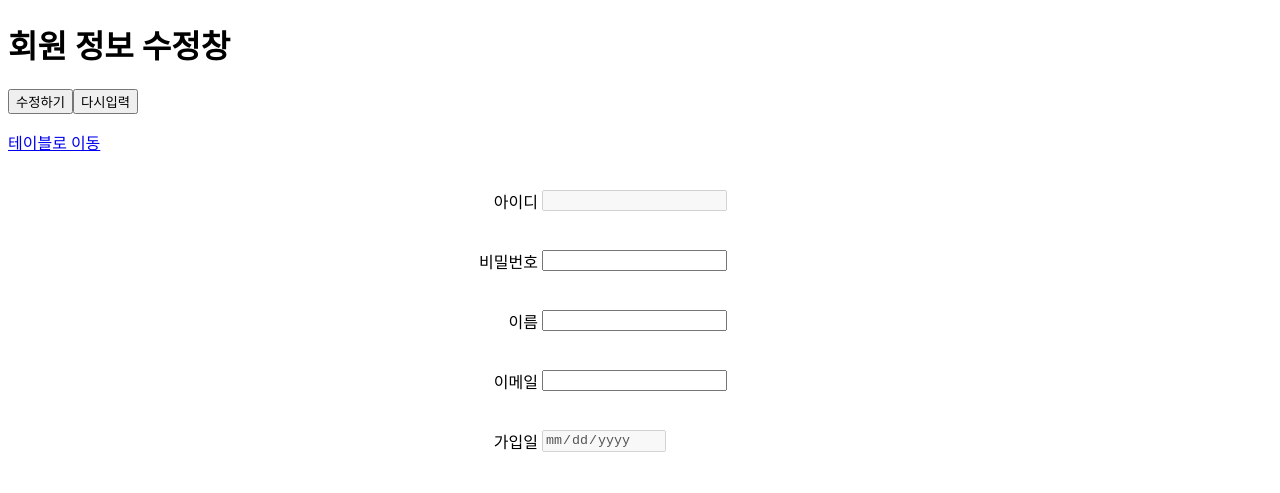
Repository: AhnHyeongSu/GreenComputer
Page: http://localhost/pro17/test03/modMemberForm.jsp
An editor plug-in stored every save of this project. The page is shown before and after the next save, followed by the edit.
The browser window is 1280 px wide. The pictures show the whole page.
The page is served by Tomcat 9.

Above is the page before, as saved 2022-08-08 03:15:38.

After the next save:
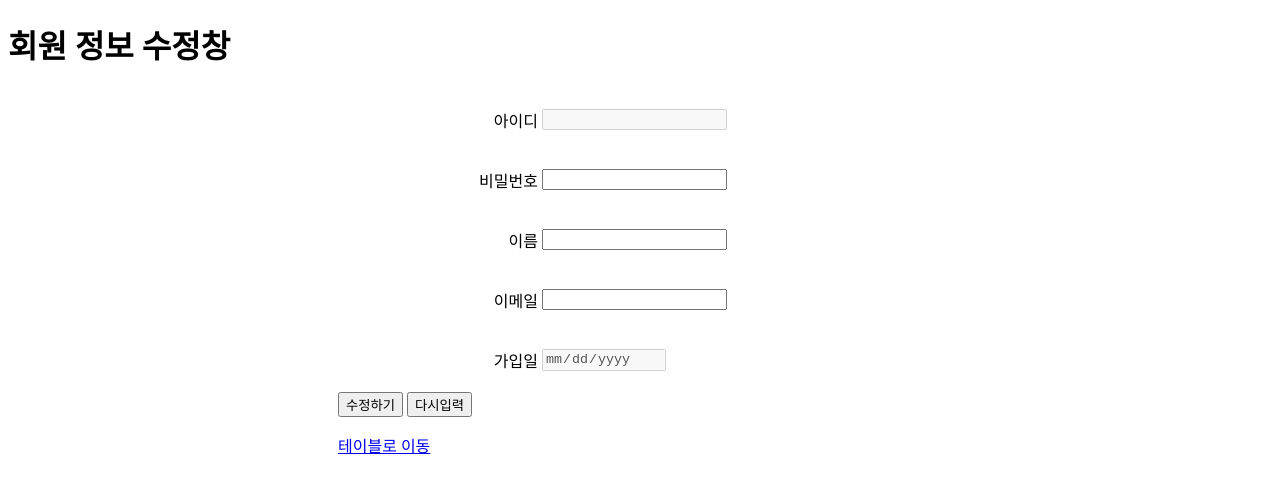
Saved 58 s later.
--- a/04.DB&SQL&JSP/교육/JSP/pro17/src/main/webapp/test03/modMemberForm.jsp
+++ b/04.DB&SQL&JSP/교육/JSP/pro17/src/main/webapp/test03/modMemberForm.jsp
@@ -46,9 +46,10 @@
 		</td>
 		<td width="400"><input type="date" name="joinDate" value="${memInfo.joinDate}" disabled></td>
 	</tr>
+	<tr><td>
 	<input type="submit" value="수정하기">
 	<input type="reset" value="다시입력">
-	<a href="${contextPath}/member2/membersList.do"><p>테이블로 이동</p></a>
+	<a href="${contextPath}/member2/membersList.do"><p>테이블로 이동</p></a></td></tr>
 	</table>
 
 </from>
